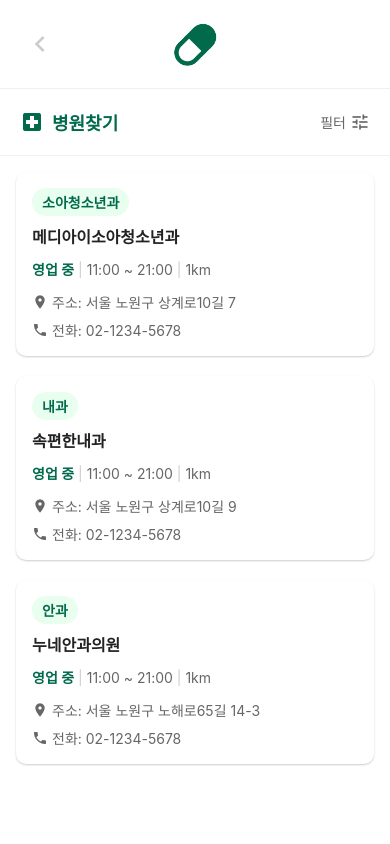
Repository: Sesac-icare/FrontEndiCare
Screen: /HospitalList (app in iCare/)
An editor plug-in stored every save of this project. The screen is shown before and after the next save, followed by the edit.
The app was drawn by React Native's web renderer in a window 390 px wide. The project was rebuilt for these pictures with package versions that can differ from the ones it lists, and the page was loaded fresh each time. Some packages were replaced by stand-ins written for this rebuild. Also part of the build but not shown: iCare/components/Header.js, iCare/components/Contents.js, iCare/components/PharmacyList.js, iCare/components/MyPage.js, iCare/components/auth/SignUp.js, iCare/components/DocumentStorage.js.

Above is the screen before, as saved 2025-02-06 12:37:36.

### iCare/index.js
import { registerRootComponent } from "expo";

import App from "./App";

// registerRootComponent calls AppRegistry.registerComponent('main', () => App);
// It also ensures that whether you load the app in Expo Go or in a native build,
// the environment is set up appropriately
registerRootComponent(App);

// import { AppRegistry } from "react-native";
// import App from "./src/App";
// import { iCare } from "./app.json";

// import appConfig from "./app.json";

// const appName = appConfig.expo.name;

// AppRegistry.registerComponent(appName, () => App);

### iCare/App.js
import React, { useState, useEffect } from "react";
import { NavigationContainer } from "@react-navigation/native";
import { createNativeStackNavigator } from "@react-navigation/native-stack";
import { createBottomTabNavigator } from "@react-navigation/bottom-tabs";
import { View, StyleSheet, SafeAreaView, Text } from "react-native";
import { MaterialIcons } from "@expo/vector-icons";
import Header from "./components/Header";
import Contents from "./components/Contents";
import Splash from "./components/Splash";
import HospitalList from "./components/HospitalList";
import PharmacyList from "./components/PharmacyList";
import MyPage from "./components/MyPage";
import Login from "./components/auth/Login";
import SignUp from "./components/auth/SignUp";
import DocumentStorage from "./components/DocumentStorage";

const Stack = createNativeStackNavigator();
const Tab = createBottomTabNavigator();

// 임시 채팅, 마이페이지 컴포넌트
const ChatScreen = () => (
  <SafeAreaView style={styles.safe}>
    <View style={styles.container}>
      <Header />
      <View style={styles.center}>
        <Text>채팅 화면</Text>
      </View>
    </View>
  </SafeAreaView>
);

const HomeScreen = () => {
  return (
    <SafeAreaView style={styles.safe}>
      <View style={styles.container}>
        <Header />
        <Contents />
      </View>
    </SafeAreaView>
  );
};

// 탭 네비게이터
function TabNavigator() {
  return (
    <Tab.Navigator
      screenOptions={{
        headerShown: false,
        tabBarStyle: {
          height: 60,
          borderTopWidth: 1,
          borderTopColor: "#f0f0f0",
          paddingBottom: 20,
          paddingTop: 10,
          height: 80
        },
        tabBarActiveTintColor: "#016a4c",
        tabBarInactiveTintColor: "#CCCCCC",
        tabBarLabelStyle: {
          paddingBottom: 8,
          fontSize: 12,
          fontWeight: "500",
          marginTop: -4
        },
        tabBarIconStyle: {
          marginTop: -4
        }
      }}
    >
      <Tab.Screen
        name="홈"
        component={HomeScreen}
        options={{
          tabBarIcon: ({ color }) => (
            <MaterialIcons name="home" size={28} color={color} />
          )
        }}
      />
      <Tab.Screen
        name="채팅"
        component={ChatScreen}
        options={{
          tabBarIcon: ({ color }) => (
            <MaterialIcons name="forum" size={28} color={color} />
          )
        }}
      />
      <Tab.Screen
        name="마이페이지"
        component={MyPage}
        options={{
          tabBarIcon: ({ color }) => (
            <MaterialIcons name="person" size={28} color={color} />
          )
        }}
      />
    </Tab.Navigator>
  );
}

const App = () => {
  const [isLoading, setIsLoading] = useState(true);

  useEffect(() => {
    // 3초 후에 스플래시 화면 숨기기
    const timer = setTimeout(() => {
      setIsLoading(false);
    }, 3000);

    return () => clearTimeout(timer);
  }, []);

  if (isLoading) {
    return <Splash />;
  }

  return (
    <NavigationContainer>
      <Stack.Navigator screenOptions={{ headerShown: false }}>
        <Stack.Screen name="Login" component={Login} />
        <Stack.Screen name="SignUp" component={SignUp} />
        <Stack.Screen name="MainTabs" component={TabNavigator} />
        <Stack.Screen name="HospitalList" component={HospitalList} />
        <Stack.Screen name="PharmacyList" component={PharmacyList} />
        <Stack.Screen name="DocumentStorage" component={DocumentStorage} />
      </Stack.Navigator>
    </NavigationContainer>
  );
};

const styles = StyleSheet.create({
  safe: {
    flex: 1,
    backgroundColor: "#ffffff"
  },
  container: {
    flex: 1,
    backgroundColor: "#ffffff"
  },
  center: {
    flex: 1,
    justifyContent: "center",
    alignItems: "center"
  },
  button: {
    backgroundColor: "#f0f0f0",
    padding: 14,
    borderRadius: 9,
    marginBottom: 9,
    alignItems: "center"
  },
  buttonText: {
    fontSize: 18,
    color: "green",
    fontFamily: "NotoSansKR"
  }
});

export default App;

### iCare/components/Splash.js
import React from "react";
import { View, Text, StyleSheet, Image, Dimensions } from "react-native";

const { height } = Dimensions.get("window");

export default function Splash() {
  return (
    <View style={styles.container}>
      <View style={styles.logoContainer}>
        <Image
          source={require("../assets/iCareLogo.jpg")}
          style={styles.logo}
          resizeMode="contain"
        />
      </View>
      <View style={styles.footer}>
        <Text style={styles.title}>iCare</Text>
        <Text style={styles.subtitle}>
          아이를 위한 24시간 병원 및 약국 찾기
        </Text>
      </View>
    </View>
  );
}

const styles = StyleSheet.create({
  container: {
    flex: 1,
    backgroundColor: "#016a4c",
    justifyContent: "center"
  },
  logoContainer: {
    position: "absolute",
    top: "40%",
    left: 0,
    right: 0,
    alignItems: "center"
  },
  logo: {
    width: 200,
    height: 200
  },
  footer: {
    position: "absolute",
    bottom: 80,
    left: 0,
    right: 0,
    alignItems: "center"
  },
  title: {
    fontSize: 36,
    color: "#12b67a",
    marginBottom: 8,
    fontFamily: "NotoSansKR",
    fontWeight: "bold"
  },
  subtitle: {
    fontSize: 18,
    color: "white",
    opacity: 0.8,
    fontFamily: "NotoSansKR",
    fontWeight: "400"
  }
});

### iCare/components/HospitalList.js
import React from "react";
import {
  View,
  Text,
  StyleSheet,
  ScrollView,
  TouchableOpacity,
  SafeAreaView,
  Image
} from "react-native";
import { MaterialIcons } from "@expo/vector-icons";
import { useNavigation } from "@react-navigation/native";

export default function HospitalList() {
  const navigation = useNavigation();
  const hospitals = [
    {
      type: "소아청소년과",
      name: "메디아이소아청소년과",
      status: "영업 중",
      hours: "11:00 ~ 21:00",
      distance: "1km",
      address: "서울 노원구 상계로10길 7",
      tel: "02-1234-5678"
    },
    {
      type: "내과",
      name: "속편한내과",
      status: "영업 중",
      hours: "11:00 ~ 21:00",
      distance: "1km",
      address: "서울 노원구 상계로10길 9",
      tel: "02-1234-5678"
    },
    {
      type: "안과",
      name: "누네안과의원",
      status: "영업 중",
      hours: "11:00 ~ 21:00",
      distance: "1km",
      address: "서울 노원구 노해로65길 14-3",
      tel: "02-1234-5678"
    }
  ];

  return (
    <SafeAreaView style={styles.safe}>
      <View style={styles.container}>
        <View style={styles.header}>
          <TouchableOpacity
            style={styles.backButton}
            onPress={() => navigation.goBack()}
          >
            <MaterialIcons name="chevron-left" size={32} color="#CCCCCC" />
          </TouchableOpacity>
          <Image
            source={require("../assets/HeaderGreenLogo.png")}
            style={styles.logo}
            resizeMode="contain"
          />
        </View>

        <View style={styles.subHeader}>
          <View style={styles.titleContainer}>
            <MaterialIcons name="local-hospital" size={24} color="#016A4C" />
            <Text style={styles.pageTitle}>병원찾기</Text>
          </View>
          <TouchableOpacity style={styles.filterButton}>
            <Text style={styles.filterText}>필터</Text>
            <MaterialIcons name="tune" size={20} color="#666666" />
          </TouchableOpacity>
        </View>

        <ScrollView style={styles.listContainer}>
          {hospitals.map((hospital, index) => (
            <TouchableOpacity key={index} style={styles.hospitalItem}>
              <View style={styles.hospitalHeader}>
                <View style={styles.typeLabel}>
                  <Text style={styles.typeText}>{hospital.type}</Text>
                </View>
                <Text style={styles.hospitalName}>{hospital.name}</Text>
              </View>
              <Text style={styles.statusText}>
                <Text
                  style={
                    hospital.status === "영업 중"
                      ? styles.openStatus
                      : styles.closedStatus
                  }
                >
                  {hospital.status}
                </Text>
                <Text style={styles.statusDivider}> | </Text>
                {hospital.hours}
                <Text style={styles.statusDivider}> | </Text>
                {hospital.distance}
              </Text>
              <View style={styles.addressContainer}>
                <MaterialIcons name="location-on" size={16} color="#666" />
                <Text style={styles.addressText}>주소: {hospital.address}</Text>
              </View>
              <View style={styles.telContainer}>
                <MaterialIcons name="phone" size={16} color="#666" />
                <Text style={styles.telText}>전화: {hospital.tel}</Text>
              </View>
            </TouchableOpacity>
          ))}
        </ScrollView>
      </View>
    </SafeAreaView>
  );
}

const styles = StyleSheet.create({
  safe: {
    flex: 1,
    backgroundColor: "#fff"
  },
  container: {
    flex: 1,
    backgroundColor: "#fff"
  },
  header: {
    flexDirection: "row",
    alignItems: "center",
    padding: 20,
    borderBottomWidth: 1,
    borderBottomColor: "#f0f0f0",
    backgroundColor: "#fff"
  },
  backButton: {
    padding: 4,
    position: "absolute",
    left: 20,
    zIndex: 1
  },
  logo: {
    width: 48,
    height: 48,
    marginLeft: "auto",
    marginRight: "auto"
  },
  subHeader: {
    flexDirection: "row",
    justifyContent: "space-between",
    alignItems: "center",
    padding: 20,
    backgroundColor: "#fff",
    borderBottomWidth: 1,
    borderBottomColor: "#f0f0f0"
  },
  titleContainer: {
    flexDirection: 'row',
    alignItems: 'center',
    gap: 8
  },
  pageTitle: {
    fontSize: 18,
    fontWeight: "bold",
    color: "#016A4C"
  },
  filterButton: {
    flexDirection: "row",
    alignItems: "center",
    gap: 4
  },
  filterText: {
    fontSize: 14,
    color: "#666666"
  },
  listContainer: {
    flex: 1,
    padding: 16
  },
  hospitalItem: {
    marginBottom: 20,
    padding: 16,
    backgroundColor: "#fff",
    borderRadius: 10,
    elevation: 2,
    shadowColor: "#000",
    shadowOffset: {
      width: 0,
      height: 1
    },
    shadowOpacity: 0.2,
    shadowRadius: 2
  },
  hospitalHeader: {
    marginBottom: 12
  },
  typeLabel: {
    backgroundColor: "#E8FEEE",
    paddingVertical: 4,
    paddingHorizontal: 10,
    borderRadius: 20,
    alignSelf: "flex-start",
    marginBottom: 8
  },
  typeText: {
    color: "#016A4C",
    fontSize: 14,
    fontWeight: "600"
  },
  hospitalName: {
    fontSize: 16,
    fontWeight: "bold",
    color: "#222222"
  },
  openStatus: {
    color: "#016A4C",
    fontWeight: "600"
  },
  closedStatus: {
    color: "#E53935",
    fontWeight: "600"
  },
  statusDivider: {
    color: "#CCCCCC"
  },
  statusText: {
    color: "#666",
    fontSize: 14,
    marginBottom: 12,
    lineHeight: 20
  },
  addressContainer: {
    flexDirection: "row",
    alignItems: "center",
    gap: 4,
    marginBottom: 8
  },
  telContainer: {
    flexDirection: "row",
    alignItems: "center",
    gap: 4
  },
  addressText: {
    color: "#666",
    fontSize: 14,
    flex: 1
  },
  telText: {
    color: "#666",
    fontSize: 14,
    flex: 1
  }
});

### iCare/components/auth/Login.js
import React, { useState } from "react";
import {
  View,
  Text,
  StyleSheet,
  TouchableOpacity,
  SafeAreaView,
  Image,
  TextInput,
  KeyboardAvoidingView,
  Platform,
  ScrollView
} from "react-native";
import { MaterialIcons } from "@expo/vector-icons";
import { useNavigation } from "@react-navigation/native";

export default function Login() {
  const navigation = useNavigation();
  const [email, setEmail] = useState("");
  const [password, setPassword] = useState("");

  // 버튼 활성화 여부를 확인하는 함수
  const isLoginButtonEnabled = email.trim() !== "" && password.trim() !== "";

  const handleLogin = () => {
    if (!isLoginButtonEnabled) return;

    // 테스트를 위해 API 호출 없이 바로 메인 화면으로 이동
    navigation.navigate("MainTabs");

    /* 실제 API 연동 코드는 주석 처리
    fetch('api/users/login', {
      method: 'POST',
      headers: {
        'Content-Type': 'application/json',
      },
      body: JSON.stringify({
        email,
        password
      })
    })
    .then(response => response.json())
    .then(data => {
      if (data.token) {
        navigation.navigate("MainTabs");
      }
    })
    .catch(error => {
      if (error.response?.status === 400) {
        alert("이메일 또는 비밀번호가 올바르지 않습니다.");
      }
    });
    */
  };

  return (
    <SafeAreaView style={styles.safe}>
      <KeyboardAvoidingView
        behavior={Platform.OS === "ios" ? "padding" : "height"}
        style={styles.container}
      >
        <View style={styles.content}>
          <View style={styles.logoContainer}>
            <Image
              source={require("../../assets/HeaderGreenLogo.png")}
              style={styles.logo}
              resizeMode="contain"
            />
          </View>

          <View style={styles.inputSection}>
            <Text style={styles.label}>이메일</Text>
            <TextInput
              style={styles.input}
              placeholder="이메일을 입력해주세요"
              placeholderTextColor="#999"
              value={email}
              onChangeText={setEmail}
              autoCapitalize="none"
              keyboardType="email-address"
            />
          </View>

          <View style={styles.inputSection}>
            <Text style={styles.label}>비밀번호</Text>
            <TextInput
              style={styles.input}
              placeholder="비밀번호를 입력해주세요"
              placeholderTextColor="#999"
              secureTextEntry
              value={password}
              onChangeText={setPassword}
            />
          </View>
        </View>

        <View style={styles.buttonWrapper}>
          <TouchableOpacity
            style={[
              styles.loginButton,
              !isLoginButtonEnabled && styles.loginButtonDisabled
            ]}
            onPress={handleLogin}
            disabled={!isLoginButtonEnabled}
          >
            <Text
              style={[
                styles.loginButtonText,
                !isLoginButtonEnabled && styles.loginButtonTextDisabled
              ]}
            >
              로그인
            </Text>
          </TouchableOpacity>

          <TouchableOpacity
            style={styles.button}
            onPress={() => navigation.navigate("SignUp")}
          >
            <Text style={styles.buttonText}>회원가입</Text>
          </TouchableOpacity>
        </View>
      </KeyboardAvoidingView>
    </SafeAreaView>
  );
}

const styles = StyleSheet.create({
  safe: {
    flex: 1,
    backgroundColor: "#fff"
  },
  container: {
    flex: 1,
    backgroundColor: "#fff"
  },
  content: {
    flex: 1,
    padding: 24,
    justifyContent: "center"
  },
  logoContainer: {
    alignItems: "center",
    marginBottom: 60
  },
  logo: {
    width: 80,
    height: 80
  },
  inputSection: {
    marginBottom: 20
  },
  label: {
    fontSize: 14,
    color: "#222",
    marginBottom: 8,
    fontWeight: "500"
  },
  input: {
    borderWidth: 1,
    borderColor: "#E8E8E8",
    borderRadius: 8,
    padding: 12,
    fontSize: 14,
    color: "#222222"
  },
  buttonWrapper: {
    padding: 24,
    paddingBottom: Platform.OS === "ios" ? 34 : 24
  },
  loginButton: {
    backgroundColor: "#016A4C",
    paddingVertical: 15,
    borderRadius: 10,
    alignItems: "center",
    marginBottom: 12
  },
  loginButtonDisabled: {
    backgroundColor: "#CCCCCC"
  },
  loginButtonText: {
    color: "#fff",

    fontSize: 16,
    fontWeight: "600"
  },
  loginButtonTextDisabled: {
    color: "#999999"
  },
  button: {
    backgroundColor: "#fff",
    paddingVertical: 15,
    borderRadius: 10,
    alignItems: "center",
    borderWidth: 1,
    borderColor: "#016A4C"
  },
  buttonText: {
    fontSize: 16,
    color: "#016A4C",
    fontWeight: "600"
  }
});

After the next save:
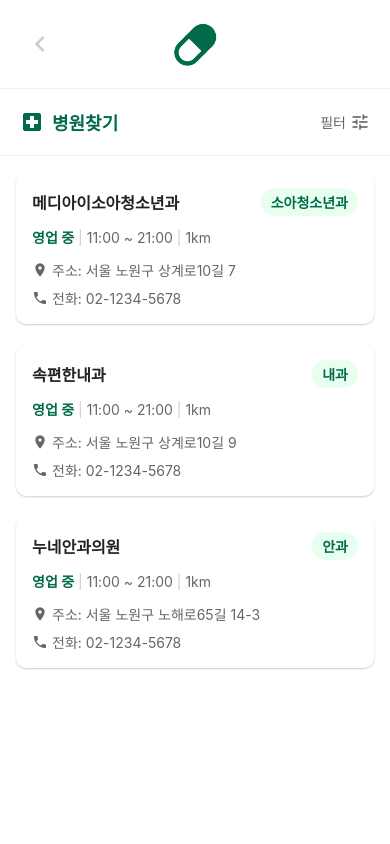
Saved 60 s later.
--- a/iCare/components/HospitalList.js
+++ b/iCare/components/HospitalList.js
@@ -75,10 +75,10 @@ export default function HospitalList() {
           {hospitals.map((hospital, index) => (
             <TouchableOpacity key={index} style={styles.hospitalItem}>
               <View style={styles.hospitalHeader}>
+                <Text style={styles.hospitalName}>{hospital.name}</Text>
                 <View style={styles.typeLabel}>
                   <Text style={styles.typeText}>{hospital.type}</Text>
                 </View>
-                <Text style={styles.hospitalName}>{hospital.name}</Text>
               </View>
               <Text style={styles.statusText}>
                 <Text
@@ -187,25 +187,28 @@ const styles = StyleSheet.create({
     shadowRadius: 2
   },
   hospitalHeader: {
+    flexDirection: 'row',
+    alignItems: 'center',
+    justifyContent: 'space-between',
     marginBottom: 12
+  },
+  hospitalName: {
+    fontSize: 16,
+    fontWeight: "bold",
+    color: "#222222",
+    flex: 1
   },
   typeLabel: {
     backgroundColor: "#E8FEEE",
     paddingVertical: 4,
     paddingHorizontal: 10,
     borderRadius: 20,
-    alignSelf: "flex-start",
-    marginBottom: 8
+    marginLeft: 8
   },
   typeText: {
     color: "#016A4C",
     fontSize: 14,
     fontWeight: "600"
-  },
-  hospitalName: {
-    fontSize: 16,
-    fontWeight: "bold",
-    color: "#222222"
   },
   openStatus: {
     color: "#016A4C",
